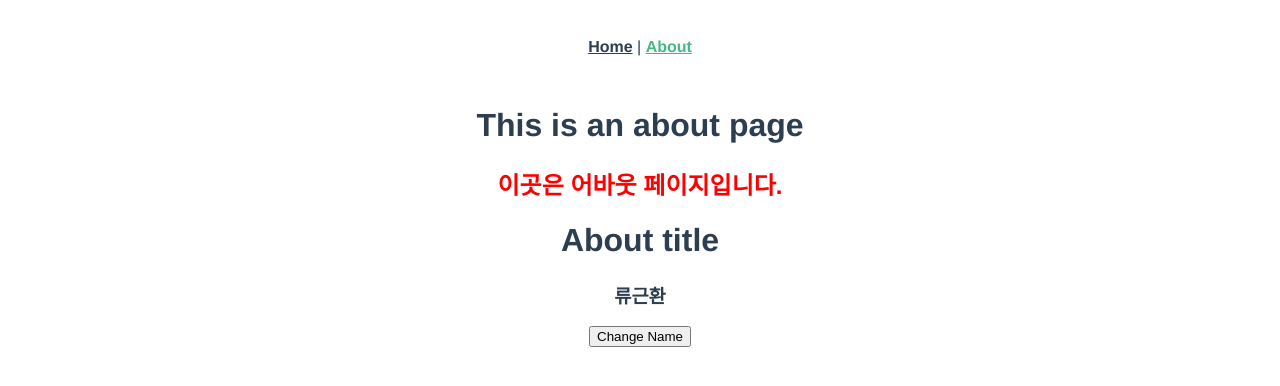
Repository: RyuGeunHwan/code_J
Page: /about (app in vue-emit/)
The author's editor kept a copy of each file at every save. The page is drawn from the files as they stood at one save, then again after the next save.
The browser window is 1280 px wide. The pictures show the whole page.
The project was rebuilt for these pictures with package versions that can differ from the ones it lists, and the page was loaded fresh each time. Also part of the build but not shown: vue-emit/src/components/InputField.vue, vue-emit/src/views/Home.vue.

Above is the page before, as saved 2022-08-12 17:04:15.

After the next save:
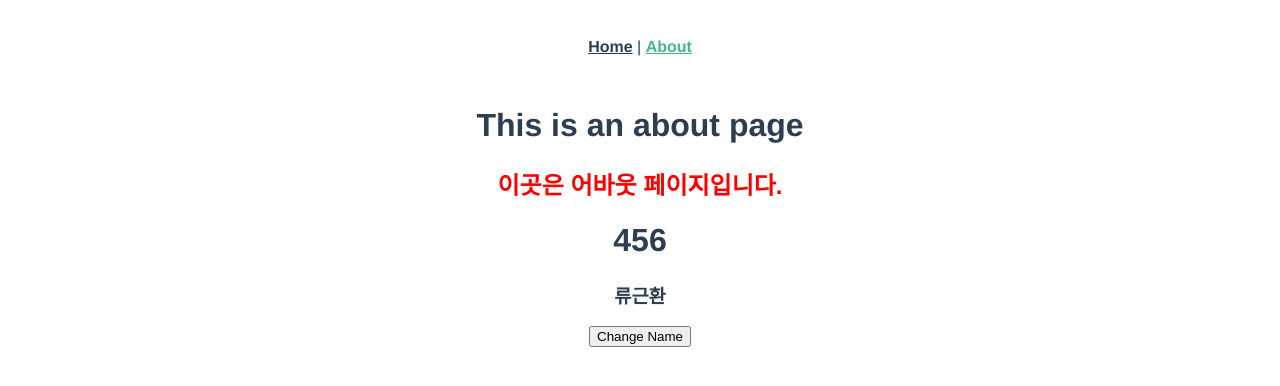
Saved 6 s later.
--- a/vue-emit/src/views/About.vue
+++ b/vue-emit/src/views/About.vue
@@ -2,7 +2,7 @@
   <div class="about">
     <h1>This is an about page</h1>
     <h2>이곳은 어바웃 페이지입니다.</h2>
-    <KossieCoder title="About title" name="류근환" />
+    <KossieCoder title=456 name="류근환" />
   </div>
 </template>
 

After the 2 saves that followed:
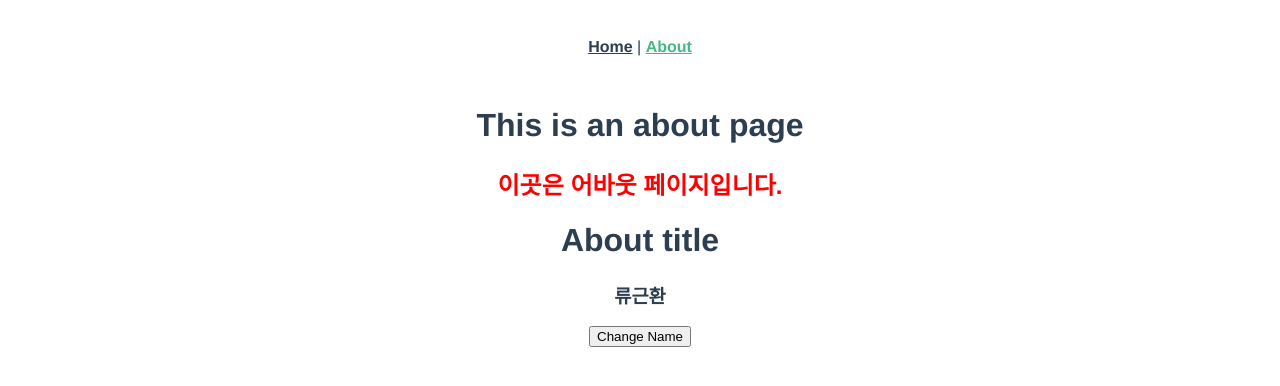
The 2 saves are shown as one change because 1 left the picture as it was.
The last was saved 64 s later.
--- a/vue-emit/src/views/About.vue
+++ b/vue-emit/src/views/About.vue
@@ -2,7 +2,7 @@
   <div class="about">
     <h1>This is an about page</h1>
     <h2>이곳은 어바웃 페이지입니다.</h2>
-    <KossieCoder title=456 name="류근환" />
+    <KossieCoder name="류근환" />
   </div>
 </template>
 
--- a/vue-emit/src/components/KossieCoder.vue
+++ b/vue-emit/src/components/KossieCoder.vue
@@ -11,10 +11,10 @@
 export default {
     props: {
         title: {
-            type : Number,
+            type : String,
             required : true ,
             //required = 무조건 항상 보내줘야한다는것
-            default: 123
+            default: 'About title'
             //default : 자식컴포넌트에서 props를 받아오지 않아도 default로 보여줌.
         },
         name: {
